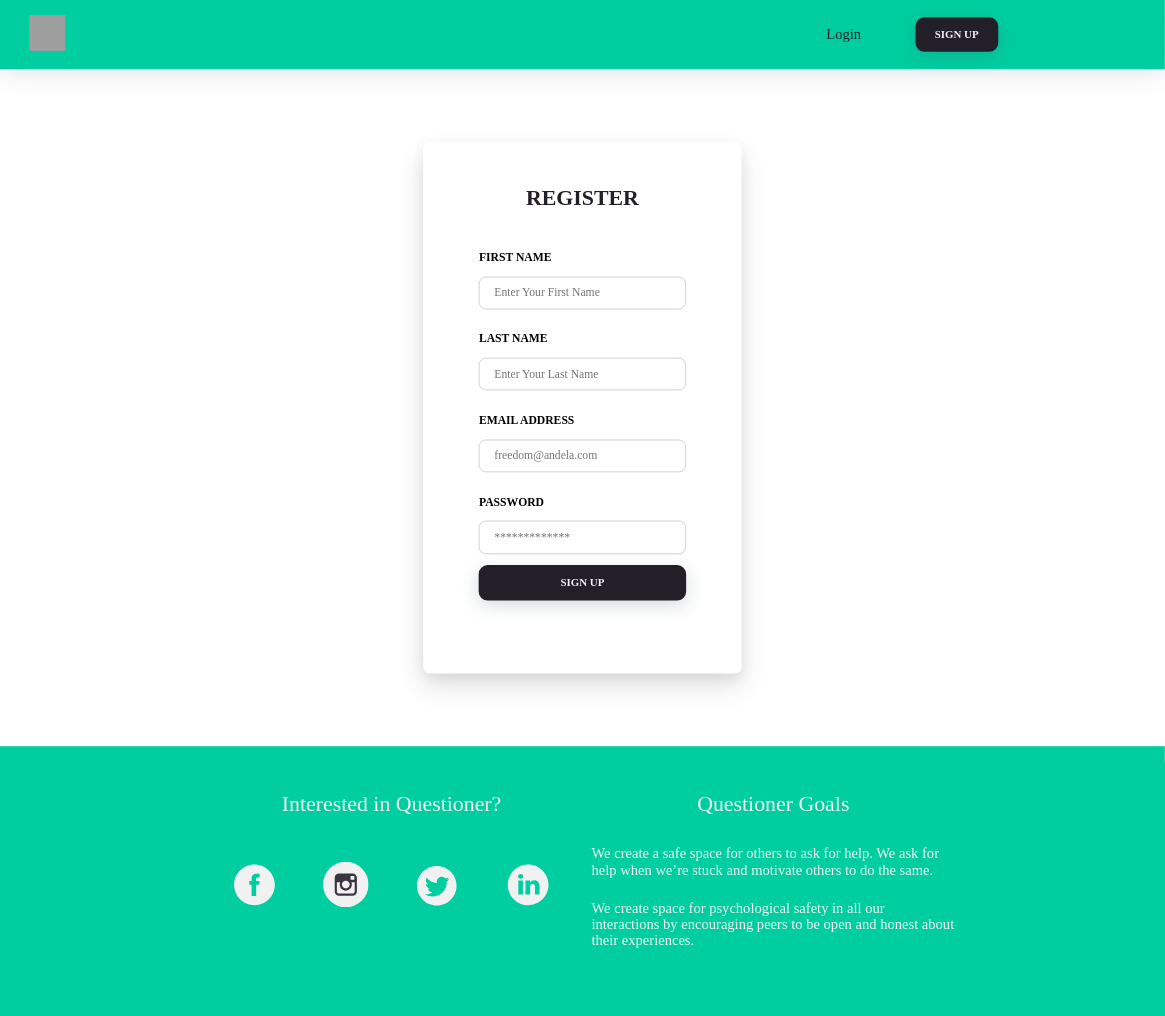
Repository: Gfreedoms/Epic-Mail
Page: pages/register.html
The author's editor kept a copy of each file at every save. The page is drawn from the files as they stood at one save, then again after the next save.
The browser window is 1280 px wide. The pictures show the whole page, at 91% of full size.
Pictures or frames that could not be fetched are drawn as grey boxes. Some web fonts or font styles are not loaded; a fallback is used.

Above is the page before, as saved 2019-02-25 10:48:08.

After the next save:
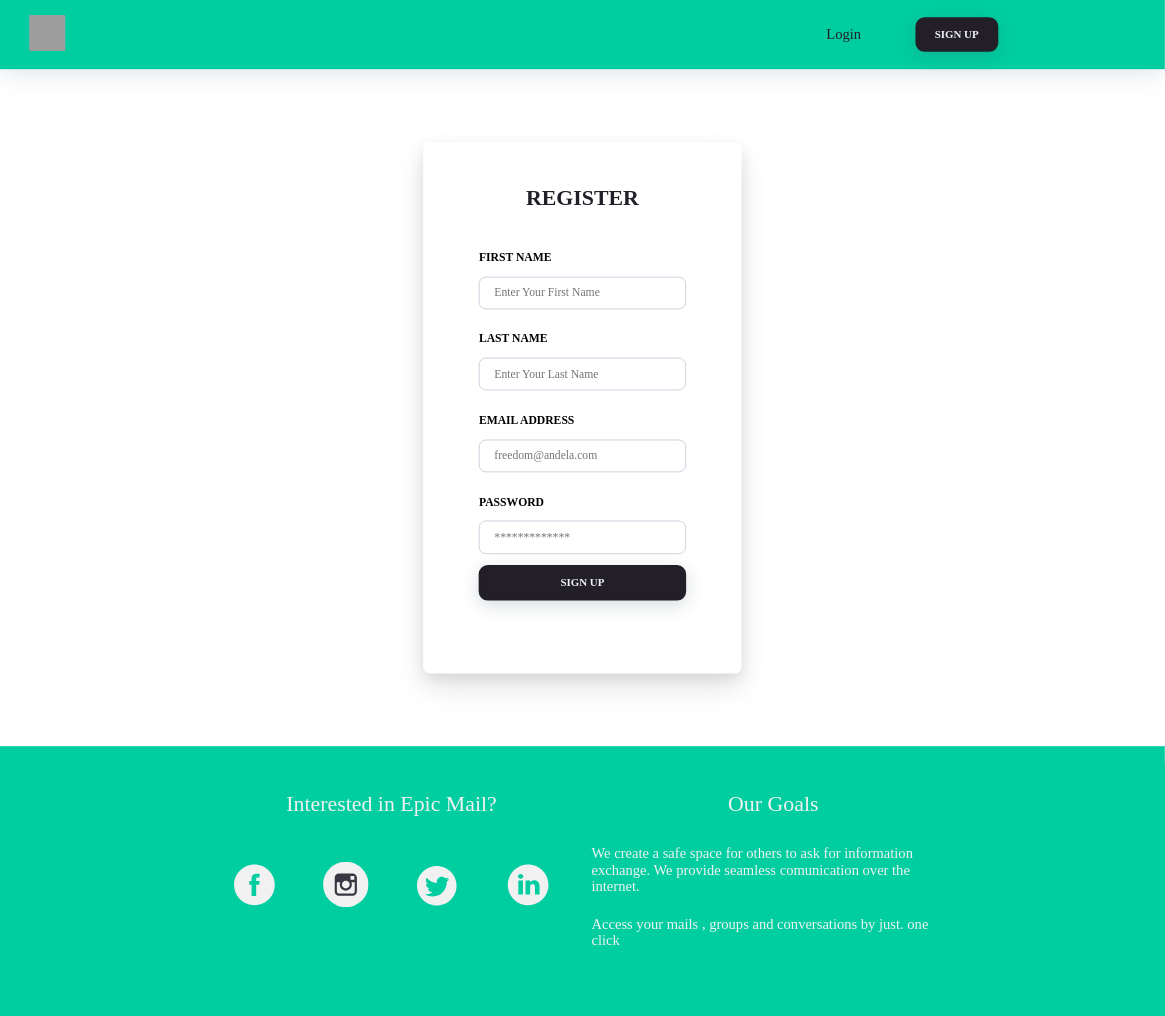
Saved 107 min 54 s later.
--- a/pages/register.html
+++ b/pages/register.html
@@ -78,23 +78,23 @@
 	<footer class="bg-secondary">
 		<div class="container">
 			<div class="info-about">
-				<h3 class="md-text">Interested in Questioner?</h3>
+				<h3 class="md-text">Interested in Epic Mail?</h3>
 				<div class="social-links">
-					<a href="#!"><img src="../assets/imgs/icons/facebook.svg" alt=""></a>
-					<a href="#!"><img src="../assets/imgs/icons/instagram.svg" alt=""></a>
-					<a href="#!"><img src="../assets/imgs/icons/twitter.svg" alt=""></a>
-					<a href="#!"><img src="../assets/imgs/icons/linkedin.svg" alt=""></a>
+					<a href="#!"><img src="./assets/imgs/icons/facebook.svg" alt=""></a>
+					<a href="#!"><img src="./assets/imgs/icons/instagram.svg" alt=""></a>
+					<a href="#!"><img src="./assets/imgs/icons/twitter.svg" alt=""></a>
+					<a href="#!"><img src="./assets/imgs/icons/linkedin.svg" alt=""></a>
 				</div>
 			</div>
 			<div class="additional-info">
-				<h3 class="md-text">Questioner Goals</h3>
+				<h3 class="md-text">Our Goals</h3>
 				<p class="sm-text">
-					We create a safe space for others to ask for help.
-					We ask for help when we’re stuck and motivate others to do the same.
+					We create a safe space for others to ask for information exchange.
+					We provide seamless comunication over the internet.
 				</p>
 				<p class="sm-text">
-					We create space for psychological safety in all our interactions by encouraging peers to be open and honest about
-					their experiences.
+					Access your mails , groups and conversations by just.
+					one click
 				</p>
 			</div>
 		</div>
